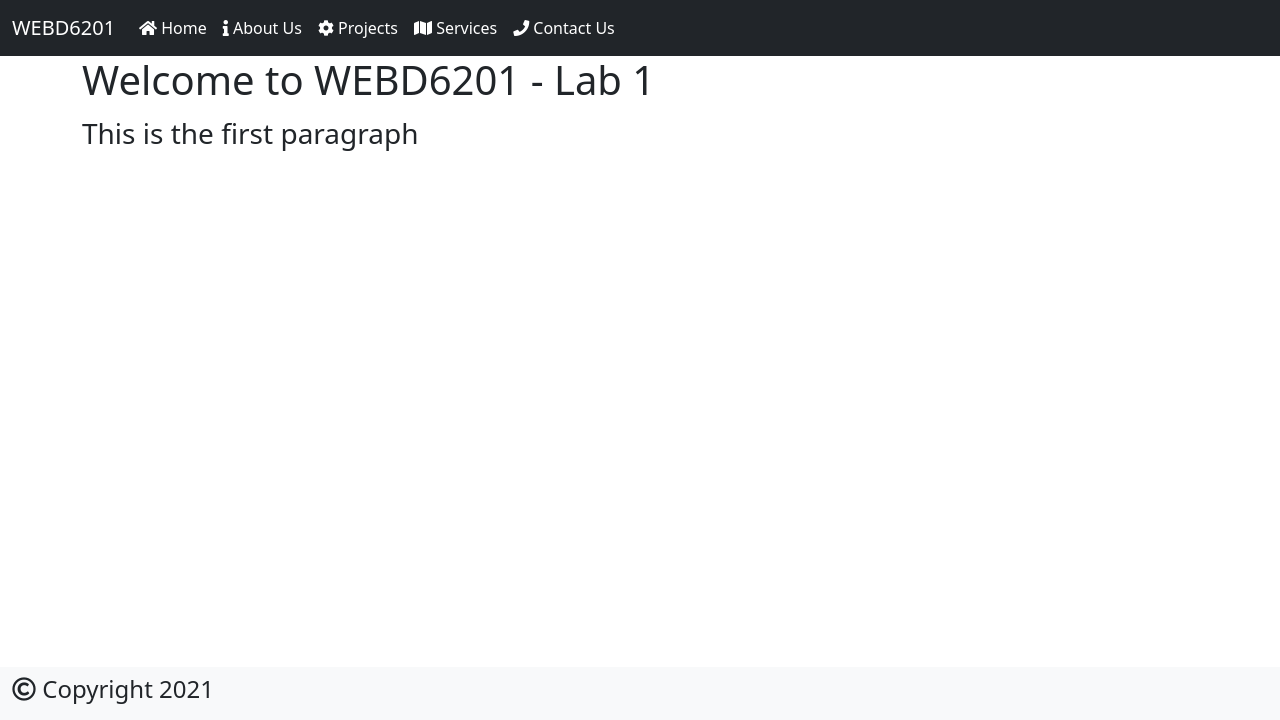
Repository: spencernewellevans/WEBD6201-ICE01
Page: services.html
These files come from the project's save history. The page is drawn as it stood at one moment and after the next save; the edit follows.
The browser window is 1280 px wide. The pictures show the whole page.

Above is the page before, as saved 2021-01-22 19:07:20.

### services.html
<!DOCTYPE html>
<html lang="en">
<head>
    <meta charset="UTF-8">
    <meta name="viewport" content="width=device-width, initial-scale=1.0">
    <title>Services</title>
    <!-- CSS Section-->
    <link rel="stylesheet" href="./node_modules/bootstrap/dist/css/bootstrap.min.css">
    <link rel="stylesheet" href="./node_modules/@fortawesome/fontawesome-free/css/all.min.css">
    <link rel="stylesheet" href="./Content/app.css">
</head>
<body>
    <!-- Main Header -->
    <header>
        <!-- Main Navigation -->
        <nav class="navbar navbar-expand-lg navbar-dark bg-dark">
            <div class="container-fluid">
              <a class="navbar-brand" href="#=index.html">WEBD6201</a>
              <button class="navbar-toggler" type="button" data-bs-toggle="collapse" data-bs-target="#navbarSupportedContent" aria-controls="navbarSupportedContent" aria-expanded="false" aria-label="Toggle navigation">
                <span class="navbar-toggler-icon"></span>
              </button>
              <div class="collapse navbar-collapse" id="navbarSupportedContent">
                <ul class="navbar-nav me-auto mb-2 mb-lg-0">
                  <li class="nav-item">
                    <a class="nav-link active" aria-current="page" href="index.html"><i class="fas fa-home fa-large"></i> Home</a>
                  </li>

                  <li class="nav-item">
                    <a class="nav-link active" aria-current="page" href="about.html"><i class="fas fa-info fa-large"></i> About Us</a>
                  </li>

                  <li class="nav-item">
                    <a class="nav-link active" aria-current="page" href="projects.html"><i class="fas fa-cog fa-large"></i> Projects</a>
                  </li>

                  <li class="nav-item">
                    <a class="nav-link active" aria-current="page" href="services.html"><i class="fas fa-map fa-large"></i> Services</a>
                  </li>

                  <li class="nav-item">
                    <a class="nav-link active" aria-current="page" href="contact.html"><i class="fas fa-phone fa-large"></i> Contact Us</a>
                  </li>
                </ul>
              </div>
            </div>
          </nav>
    </header>

    <!-- Main Content -->
    <main class="container">
        <h1>Welcome to WEBD 6201</h1>
        <p id="paragraphOne"></p>
    </main>

    <!-- Main Footer -->
    <footer>
        <nav class="navbar fixed-bottom navbar-light bg-light">
            <div class="container-fluid">
              <h4><i class="far fa-copyright fa-large"></i> Copyright 2021</h4>
            </div>
          </nav>
    </footer>

    <!-- Script Section -->
    <script src="./node_modules/jquery/dist/jquery.min.js"></script>
    <script src="./node_modules/bootstrap/dist/js/bootstrap.bundle.min.js"></script>
    <script src="./Scripts/app.js"></script>
</body>
</html>

### content/app.css
/* Custom CSS goes here */

### scripts/app.js
/* Custom JavaScript goes here */

// IIFE - Immediately Invoked Function Expression
// Anonymous self-executing expression
// limits scope leak

"use strict";

(function()
{

    function Start()
    {
        console.log("App Started...");

        let paragraphOneText = "This is a simple site to demonstrate DOM manipulation for ICE 1";

        let paragraphOneElement = document.getElementById("paragraphOne");

        paragraphOneElement.textContent = paragraphOneText;
        paragraphOneElement.className = "fs-5"

        // CREATION
        // Step 1. create the element
        let newParagraph = document.createElement("p");
        // Step 2. configure the element
        newParagraph.setAttribute("id","paragraphTwo");
        newParagraph.textContent = "...And this is paragraph two"
        // Step 3. select parent element
        let mainContent = document.getElementsByTagName("main")[0];
        // Step 3. insert the element
        mainContent.appendChild(newParagraph);
        newParagraph.className = "fs-6";

        let paragraphDiv = document.createElement("div");
        let paragraphThree =  `<p id="paragraphThree" class="fs-7 fw-bold">And this is the third paragraph</p>`;
        paragraphDiv.innerHTML = paragraphThree;

        // INSERTION
        // insertion before a node example
        //newParagraph.before(paragraphDiv);

        // insertion after a node example
        newParagraph.after(paragraphDiv);

        // DELETION
        // example of removing a single element
        //paragraphOneElement.remove();

        // removeChild example
        mainContent.removeChild(paragraphOneElement);

        // MODIFICATION
        //mainContent.firstElementChild.textContent = "Welcome Home!"
        mainContent.innerHTML =
        `<h1 id="firstHeading">Welcome to WEBD6201 - Lab 1</h1>
        <p id="paragraphOne" class="fs-3">This is the first paragraph</p>
        `;

    }

    window.addEventListener("load", Start);

})();

Loaded but not shown: node_modules/bootstrap/dist/css/bootstrap.min.css (library); node_modules/@fortawesome/fontawesome-free/css/all.min.css (library); node_modules/jquery/dist/jquery.min.js (library); node_modules/bootstrap/dist/js/bootstrap.bundle.min.js (library)

After the next save:
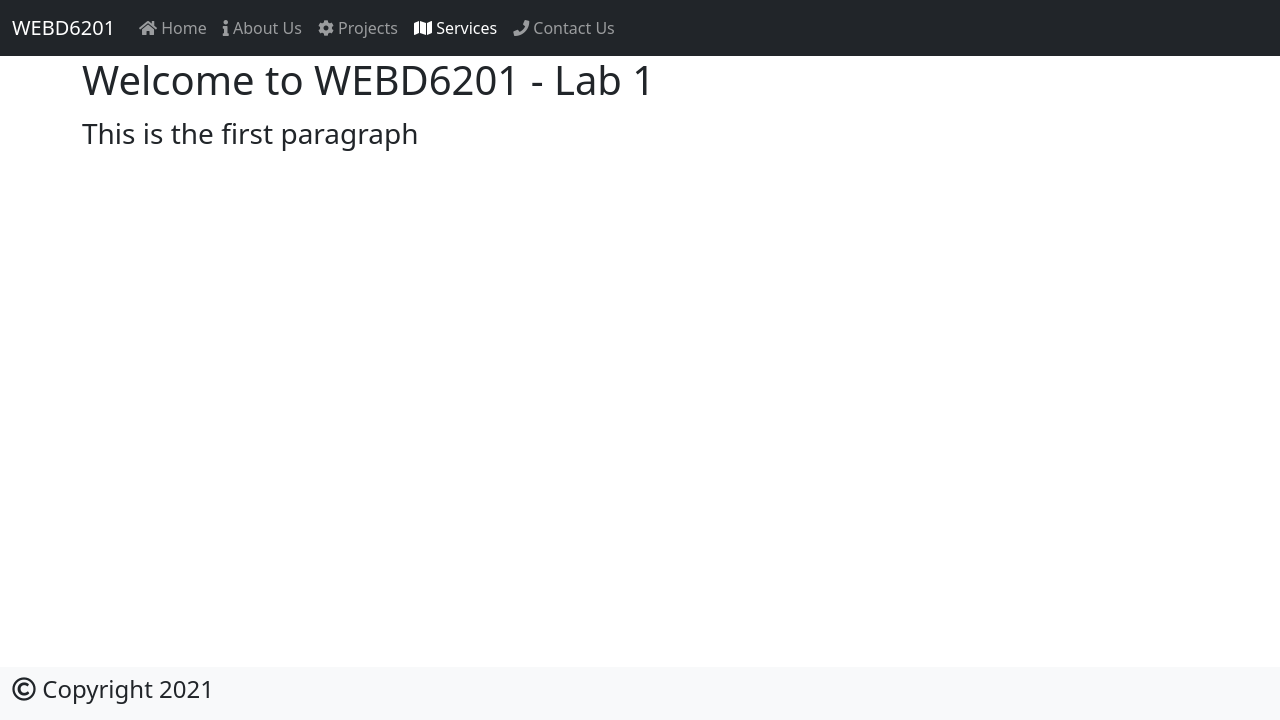
Saved 13 s later.
--- a/services.html
+++ b/services.html
@@ -22,15 +22,15 @@
               <div class="collapse navbar-collapse" id="navbarSupportedContent">
                 <ul class="navbar-nav me-auto mb-2 mb-lg-0">
                   <li class="nav-item">
-                    <a class="nav-link active" aria-current="page" href="index.html"><i class="fas fa-home fa-large"></i> Home</a>
+                    <a class="nav-link" aria-current="page" href="index.html"><i class="fas fa-home fa-large"></i> Home</a>
                   </li>
 
                   <li class="nav-item">
-                    <a class="nav-link active" aria-current="page" href="about.html"><i class="fas fa-info fa-large"></i> About Us</a>
+                    <a class="nav-link" aria-current="page" href="about.html"><i class="fas fa-info fa-large"></i> About Us</a>
                   </li>
 
                   <li class="nav-item">
-                    <a class="nav-link active" aria-current="page" href="projects.html"><i class="fas fa-cog fa-large"></i> Projects</a>
+                    <a class="nav-link" aria-current="page" href="projects.html"><i class="fas fa-cog fa-large"></i> Projects</a>
                   </li>
 
                   <li class="nav-item">
@@ -38,7 +38,7 @@
                   </li>
 
                   <li class="nav-item">
-                    <a class="nav-link active" aria-current="page" href="contact.html"><i class="fas fa-phone fa-large"></i> Contact Us</a>
+                    <a class="nav-link" aria-current="page" href="contact.html"><i class="fas fa-phone fa-large"></i> Contact Us</a>
                   </li>
                 </ul>
               </div>
